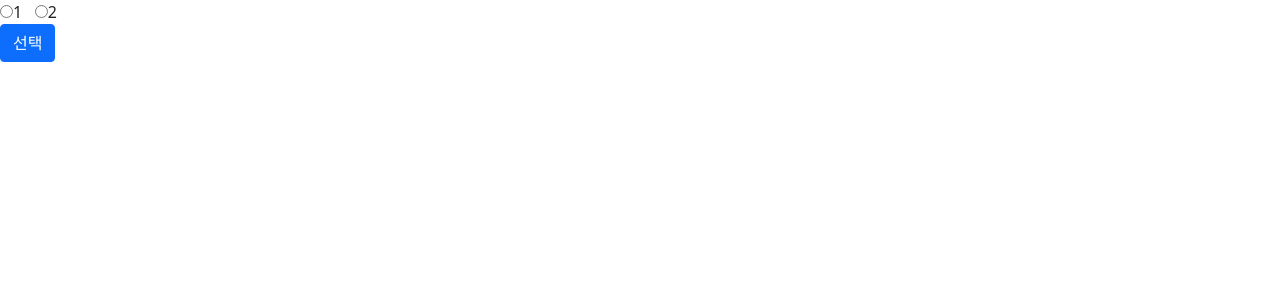
Repository: SimpleRan/jsp_paractice2
Page: http://localhost/JSPBasic/jspobject/request/req_photo_result.jsp
The author's editor kept a copy of each file at every save. The page is drawn from the files as they stood at one save, then again after the next save.
The browser window is 1280 px wide. The pictures show the whole page.
The page is served by Tomcat 9.

Above is the page before, as saved 2022-03-25 12:05:51.

After the next save:
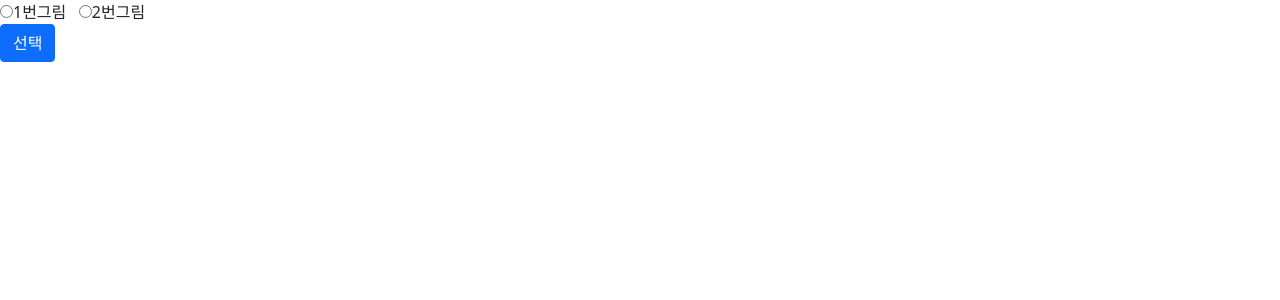
Saved 3 min 42 s later.
--- a/JSPBasic/src/main/webapp/jspobject/request/req_photo_result.jsp
+++ b/JSPBasic/src/main/webapp/jspobject/request/req_photo_result.jsp
@@ -10,8 +10,8 @@
 <body>
 	<form action="http://localhost:8181/JSPBasic/jspobject/request/req_photo.jsp">
 
-	 <input type="radio" name="photo1" value="1">1 &nbsp;
-	 <input type="radio" name="photo2" value="2">2 &nbsp;
+	 <input type="radio" name="photo1" value="1번그림">1번그림 &nbsp;
+	 <input type="radio" name="photo2" value="2번그림">2번그림 &nbsp;
 
 	<br/>
 		<input type= "submit" class="btn btn-primary" value="선택"/>
